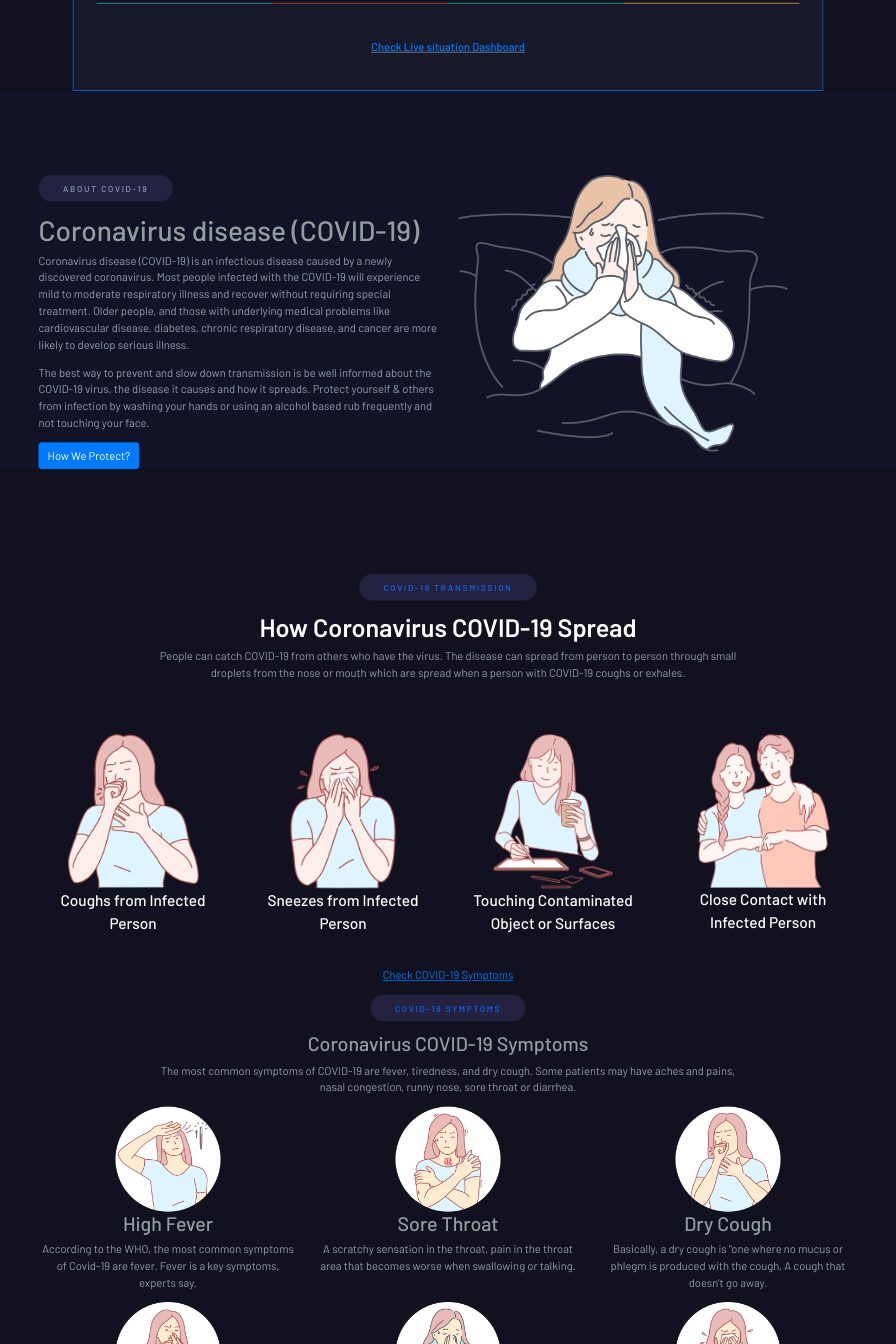
Repository: sitikhusushan/corona_updates
Page: index.html
The author's editor kept a copy of each file at every save. The page is drawn from the files as they stood at one save, then again after the next save.
The browser window is 1280 px wide. The pictures show the part of the page from y = 670 to 2590 px (the page is 4730 px tall before and 5735 px after), at 70% of full size.
Some web libraries are served in a nearby version.

Above is the page before, as saved 2020-06-12 02:59:44.

After the next save:
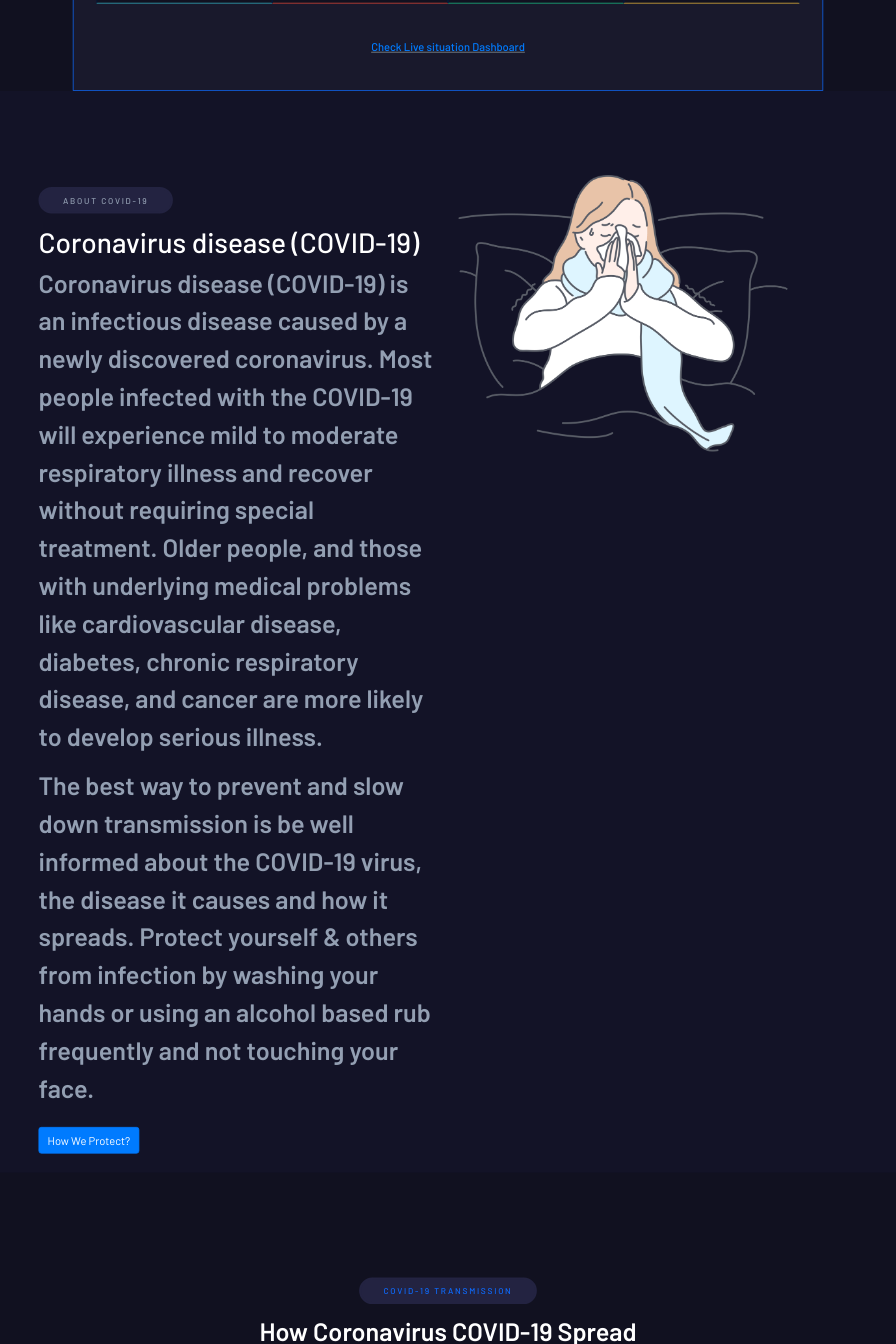
Saved 5 min 2 s later.
--- a/style.css
+++ b/style.css
@@ -215,6 +215,13 @@
 }
 
 /* about css starts from here  */
+
+.sick {
+  color: white;
+  font-size: 36px;
+  margin-bottom: 24px;
+  font-weight: 600;
+}
 
 .about {
   background-color: #131327;
